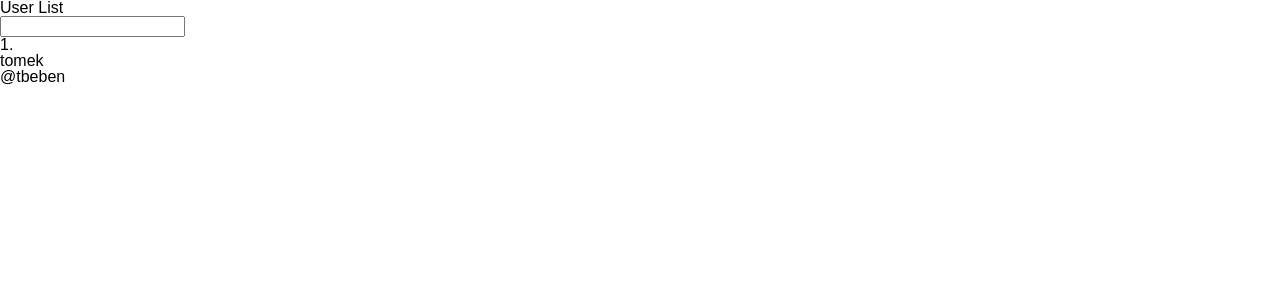
Repository: TomaszBeben/FirstTypescript
Page: /
These files come from the project's save history. The page is drawn as it stood at one moment and after the next save; the edit follows.
The browser window is 1280 px wide. The pictures show the whole page.
The page's requests for data from a server got no answer. The project was rebuilt for these pictures with package versions that can differ from the ones it lists, and the page was loaded fresh each time. No one was signed in, and anything a server would have sent is missing.

Above is the page before, as saved 2021-12-11 13:43:07.

After the next save:
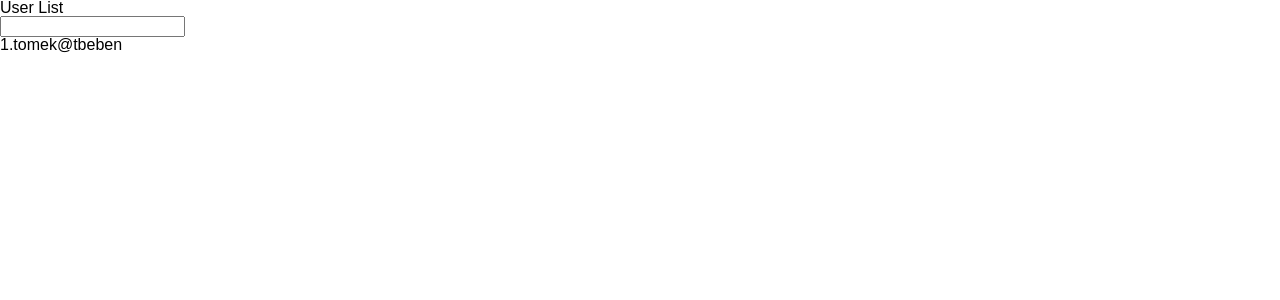
Saved 39 s later.
--- a/src/components/list/List.tsx
+++ b/src/components/list/List.tsx
@@ -15,7 +15,7 @@ const List = () => {
     // const [error, setError]: [string, (error: string) => void] = useState("");
     return (
         <ul>
-            <li>
+            <li style={{display: 'flex', flexDirection: 'row'}}>
                 <p>1.</p>
                 <h1>tomek</h1>
                 <p>@tbeben</p>
